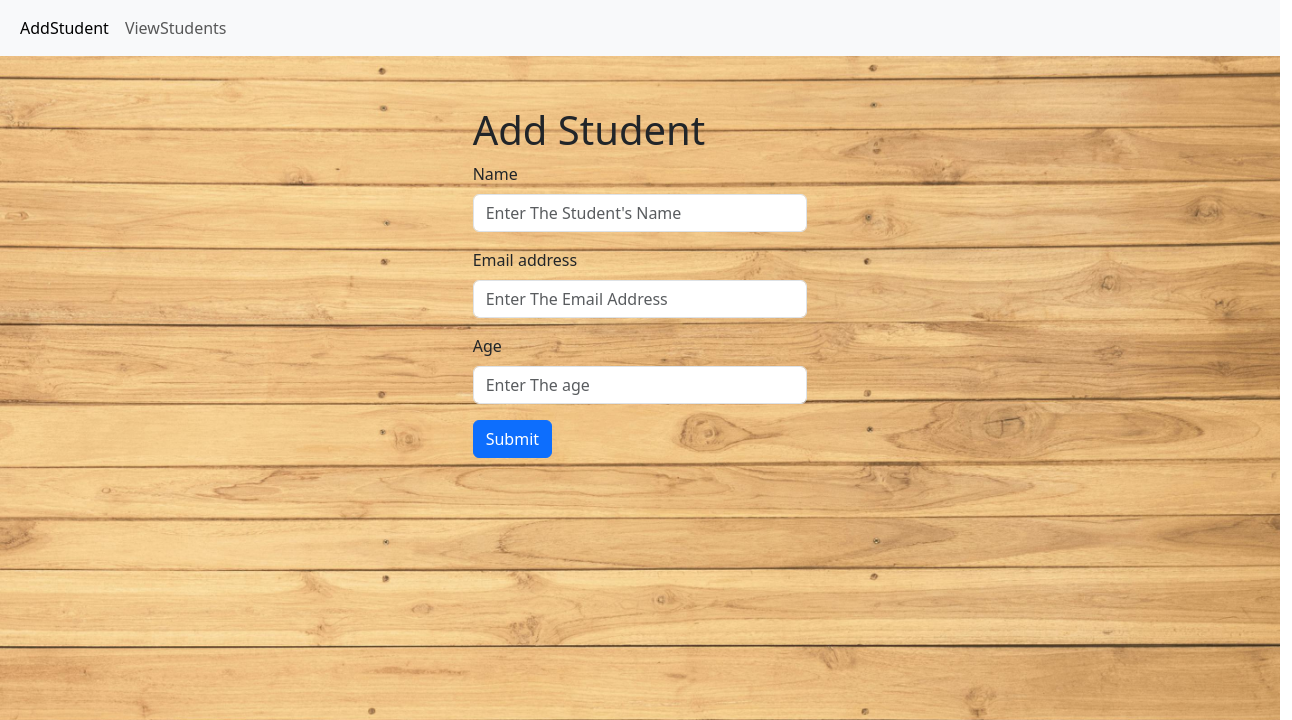
Repository: Manojs14/StudentManagementSystem
Page: http://localhost/Crud_form/
An editor plug-in stored every save of this project. The page is shown before and after the next save, followed by the edit.
The browser window is 1280 px wide. The page is 1292 px wide, so the pictures cover 1292 px, including what lies to the right of the window. The pictures show the whole page.
The page is served by Tomcat 9. Nobody is signed in. The application's start-up code is not run.

Above is the page before, as saved 2024-07-11 09:06:47.

After the next save:
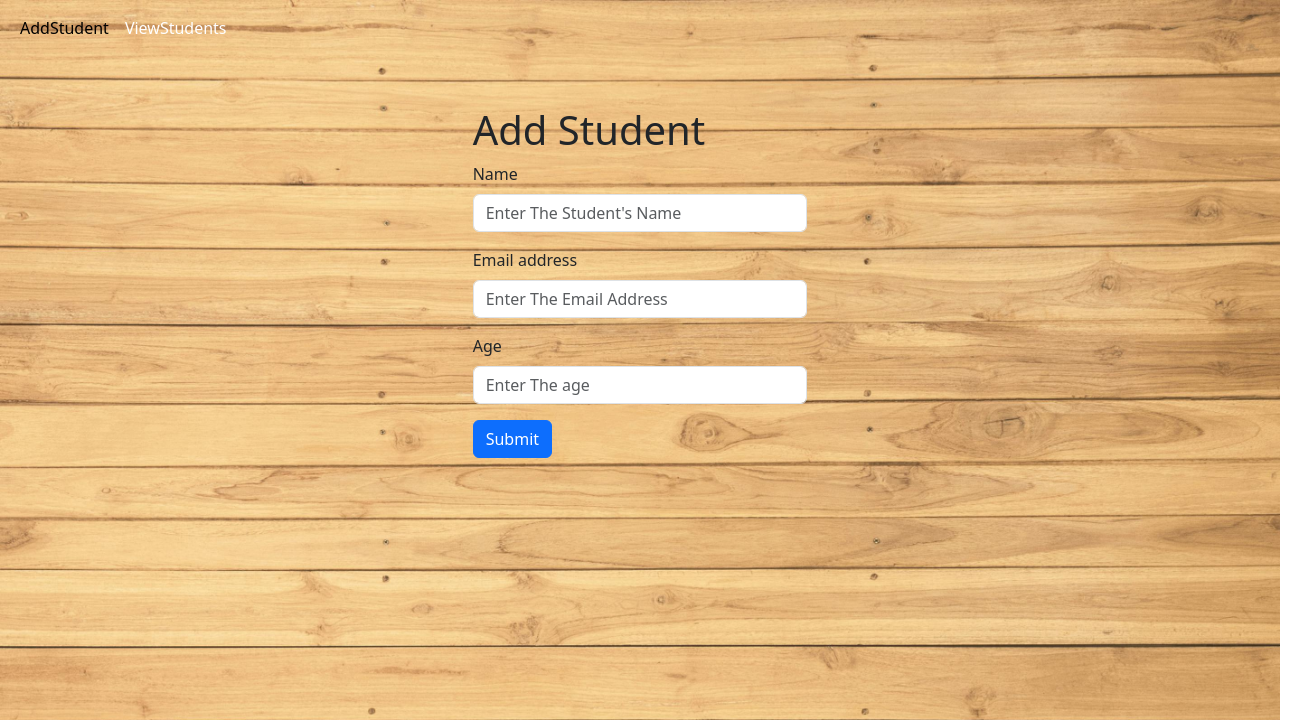
Saved 46 s later.
--- a/Crud_form/src/main/webapp/index.jsp
+++ b/Crud_form/src/main/webapp/index.jsp
@@ -35,7 +35,7 @@
 
 
 <!-- nav bar to navigate from addpage to viewpage -->
-	<nav class="navbar navbar-expand-lg bg-body-tertiary">
+	<nav class="navbar navbar-expand-lg custom-navbar">
 		<div class="container-fluid">
 
 			<div class="collapse navbar-collapse" id="navbarNav">
